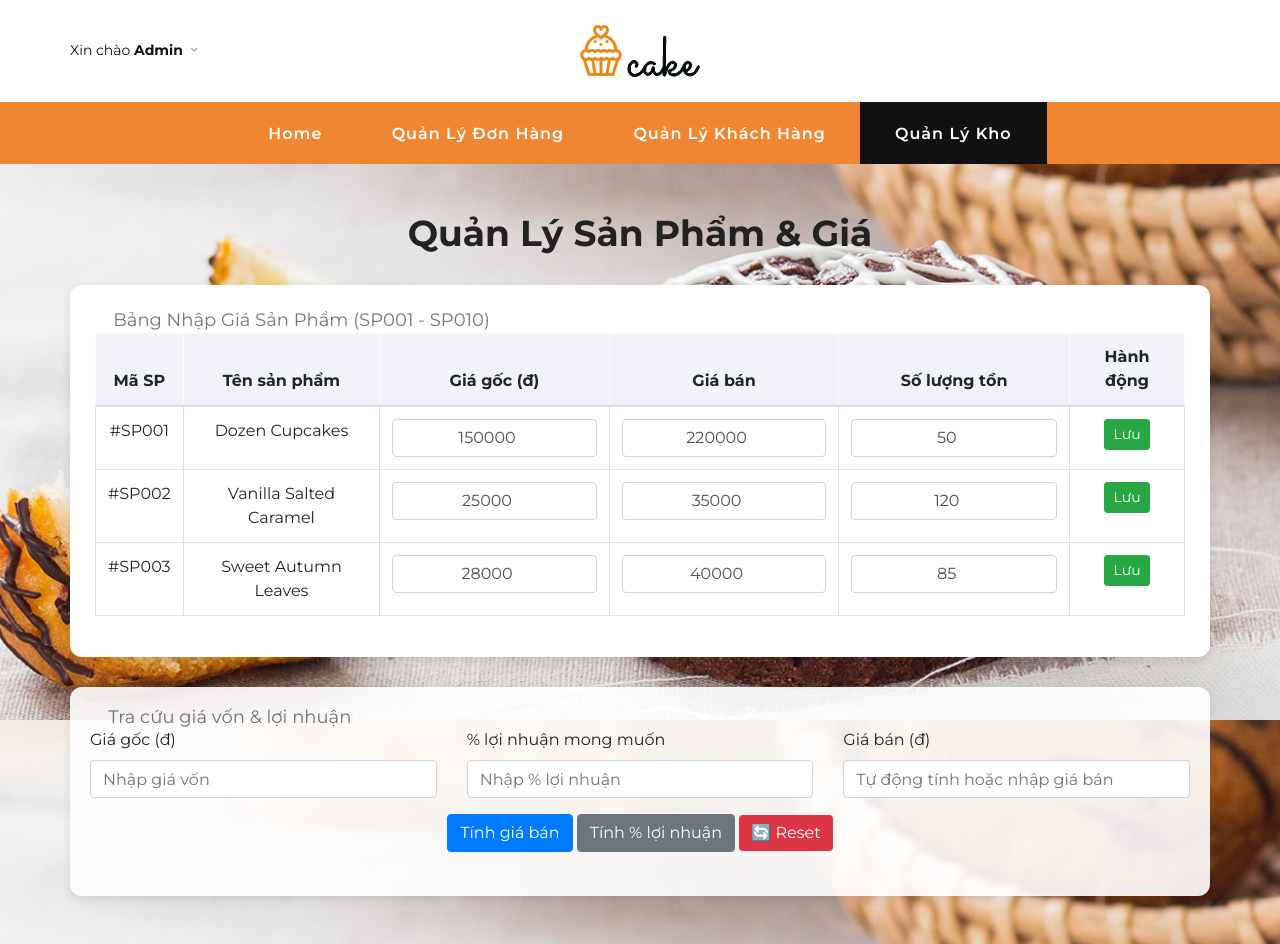
Repository: nhanto2n-byte/Nhom10ChieuThu3
Page: ProjectWeb/cake-main/admin_selling.html
An editor plug-in stored every save of this project. The page is shown before and after the next save, followed by the edit.
The browser window is 1280 px wide. The pictures show the whole page.
Backgrounds fixed to the window are drawn as part of the page.

Above is the page before, as saved 2025-11-04 09:14:22.

### ProjectWeb/cake-main/admin_selling.html
<!DOCTYPE html>
<html lang="vi">

<head>
  <meta charset="UTF-8">
  <meta name="viewport" content="width=device-width, initial-scale=1.0">
  <title>Quản lý Giá Bán</title>

  <!-- Google Fonts -->
  <link href="https://fonts.googleapis.com/css2?family=Playfair+Display:wght@400;500;600;700;800;900&display=swap" rel="stylesheet">
  <link href="https://fonts.googleapis.com/css2?family=Montserrat:wght@300;400;500;600;700;800;900&display=swap" rel="stylesheet">

  <!-- CSS -->
  <link rel="stylesheet" href="css/bootstrap.min.css" type="text/css">
  <link rel="stylesheet" href="css/flaticon.css" type="text/css">
  <link rel="stylesheet" href="css/barfiller.css" type="text/css">
  <link rel="stylesheet" href="css/magnific-popup.css" type="text/css">
  <link rel="stylesheet" href="css/font-awesome.min.css" type="text/css">
  <link rel="stylesheet" href="css/elegant-icons.css" type="text/css">
  <link rel="stylesheet" href="css/nice-select.css" type="text/css">
  <link rel="stylesheet" href="css/owl.carousel.min.css" type="text/css">
  <link rel="stylesheet" href="css/slicknav.min.css" type="text/css">
  <link rel="stylesheet" href="css/style.css" type="text/css">

  <style>
    body {
      background: url('img/hero/hero-1.jpg') no-repeat center center fixed;
      background-size: cover;
      font-family: 'Montserrat', sans-serif;
      color: #222;
    }

    h2 {
      font-weight: 700;
      margin-bottom: 30px;
      color: #222;
    }

    .card {
      border: none;
      border-radius: 12px;
      box-shadow: 0 3px 10px rgba(0, 0, 0, 0.1);
      margin-bottom: 20px;
      padding: 25px;
      background-color: rgba(255, 255, 255, 0.9);
    }

    .table th {
      background-color: #f1f3f9;
    }

    .btn-reset {
      background-color: #dc3545;
      color: white;
      border: none;
      transition: all 0.3s;
    }

    .btn-reset:hover {
      background-color: #b02a37;
    }

    .result-box {
      background-color: rgba(255, 255, 255, 0.9);
      border-radius: 12px;
      padding: 20px;
      margin-top: 30px;
      box-shadow: 0 3px 10px rgba(0, 0, 0, 0.1);
    }

    /* ✅ THÔNG BÁO LƯU THÀNH CÔNG */
    .save-alert {
      display: none;
      position: fixed;
      top: 20px;
      right: 20px;
      background-color: #28a745;
      color: white;
      padding: 12px 20px;
      border-radius: 8px;
      font-weight: 600;
      z-index: 9999;
      box-shadow: 0 4px 10px rgba(0, 0, 0, 0.3);
      animation: slideIn 0.4s ease forwards;
    }

    @keyframes slideIn {
      from {
        opacity: 0;
        transform: translateY(-20px);
      }

      to {
        opacity: 1;
        transform: translateY(0);
      }
    }
  </style>
</head>

<body>
  <!-- ✅ THÔNG BÁO -->
  <div id="saveAlert" class="save-alert">✅ Đã lưu thành công!</div>

  <!-- Header giữ nguyên như cũ -->
  <header class="header">
    <div class="header__top">
      <div class="container">
        <div class="row">
          <div class="col-lg-12">
            <div class="header__top__inner">
              <div class="header__top__left">
                <ul>
                  <li class="has-dropdown">
                    Xin chào <strong>Admin</strong>
                    <span class="arrow_carrot-down"></span>
                    <ul class="dropdown">
                      <li><a href="./admin_login.html">Log out</a></li>
                    </ul>
                  </li>
                </ul>
              </div>
              <div class="header__logo">
                <a href="#"><img src="img/logo.png" alt=""></a>
              </div>
            </div>
          </div>
        </div>
        <div class="canvas__open"><i class="fa fa-bars"></i></div>
      </div>
    </div>
    <div class="container">
      <div class="row">
        <div class="col-lg-12">
          <nav class="header__menu mobile-menu">
            <ul>
              <li><a href="./admin_home.html">Home</a></li>
              <li><a href="./admin_product.html">Quản Lý Đơn Hàng</a></li>
              <li><a href="./admin_member.html">Quản Lý Khách Hàng</a></li>
              <li class="active"><a href="#">Quản Lý Kho</a>
                <ul class="dropdown">
                  <li><a href="./admin_category.html">Quản Lý Danh Mục Sản Phẩm</a></li>
                  <li><a href="./admin_import.html">Quản Lý Nhập Sản Phẩm</a></li>
                  <li><a href="./admin_selling.html">Quản Lý Giá Bán</a></li>
                  <li><a href="./admin_quantity.html">Quản Lý Số Lượng Tồn</a></li>
                  <li><a href="./admin_type.html">Quản Lý Loại Sản Phẩm</a></li>
                </ul>
              </li>
            </ul>
          </nav>
        </div>
      </div>
    </div>
  </header>

  <div class="container py-5">
    <h2 class="text-center">Quản Lý Sản Phẩm & Giá</h2>

    <div class="card bg-white">
      <h5><i class="fa-solid fa-tags"></i> Bảng Nhập Giá Sản Phẩm (SP001 - SP010)</h5>
      <div class="table-responsive">
        <table class="table table-bordered text-center align-middle">
          <thead class="table-light">
            <tr>
              <th>Mã SP</th>
              <th>Tên sản phẩm</th>
              <th>Giá gốc (đ)</th>
              <th>Giá bán</th>
              <th>Số lượng tồn</th>
              <th>Hành động</th>
            </tr>
          </thead>
          <tbody>
            <tr>
              <td>#SP001</td>
              <td>Dozen Cupcakes</td>
              <td><input type="number" class="form-control text-center" value="150000"></td>
              <td><input type="number" class="form-control text-center" value="220000"></td>
              <td><input type="number" class="form-control text-center" value="50"></td>
              <td><a href="#" class="btn btn-success btn-sm" onclick="showSaveAlert()">Lưu</a></td>
            </tr>
            <tr>
              <td>#SP002</td>
              <td>Vanilla Salted Caramel</td>
              <td><input type="number" class="form-control text-center" value="25000"></td>
              <td><input type="number" class="form-control text-center" value="35000"></td>
              <td><input type="number" class="form-control text-center" value="120"></td>
              <td><a href="#" class="btn btn-success btn-sm" onclick="showSaveAlert()">Lưu</a></td>
            </tr>
            <tr>
              <td>#SP003</td>
              <td>Sweet Autumn Leaves</td>
              <td><input type="number" class="form-control text-center" value="28000"></td>
              <td><input type="number" class="form-control text-center" value="40000"></td>
              <td><input type="number" class="form-control text-center" value="85"></td>
              <td><a href="#" class="btn btn-success btn-sm" onclick="showSaveAlert()">Lưu</a></td>
            </tr>
          </tbody>
        </table>
      </div>
    </div>

    <!-- TRA CỨU GIÁ VỐN - LỢI NHUẬN -->
    <div class="result-box">
      <h5><i class="fa-solid fa-calculator"></i> Tra cứu giá vốn & lợi nhuận</h5>
      <form id="profitForm" class="row g-3">
        <div class="col-md-4">
          <label class="form-label">Giá gốc (đ)</label>
          <input type="number" class="form-control" id="costPrice" placeholder="Nhập giá vốn">
        </div>
        <div class="col-md-4">
          <label class="form-label">% lợi nhuận mong muốn</label>
          <input type="number" class="form-control" id="profitPercent" placeholder="Nhập % lợi nhuận">
        </div>
        <div class="col-md-4">
          <label class="form-label">Giá bán (đ)</label>
          <input type="number" class="form-control" id="salePrice" placeholder="Tự động tính hoặc nhập giá bán">
        </div>
        <div class="col-12 text-center mt-3">
          <button type="button" class="btn btn-primary" onclick="calculateSalePrice()">Tính giá bán</button>
          <button type="button" class="btn btn-secondary" onclick="calculateProfitPercent()">Tính % lợi nhuận</button>
          <button type="button" class="btn btn-reset" onclick="resetForm()">🔄 Reset</button>
        </div>
      </form>
      <div id="result" class="mt-4 text-center fs-5 fw-bold text-success"></div>
    </div>
  </div>

  <!-- JS -->
  <script src="js/jquery-3.3.1.min.js"></script>
  <script src="js/bootstrap.min.js"></script>
  <script src="js/jquery.nice-select.min.js"></script>
  <script src="js/jquery.barfiller.js"></script>
  <script src="js/jquery.magnific-popup.min.js"></script>
  <script src="js/jquery.slicknav.js"></script>
  <script src="js/owl.carousel.min.js"></script>
  <script src="js/jquery.nicescroll.min.js"></script>
  <script src="js/main.js"></script>

  <script>
    // 🧮 TÍNH GIÁ BÁN DỰA TRÊN GIÁ VỐN VÀ % LỢI NHUẬN
    function calculateSalePrice() {
      let cost = parseFloat(document.getElementById('costPrice').value);
      let percent = parseFloat(document.getElementById('profitPercent').value);

      if (isNaN(cost)) cost = 100000;
      if (isNaN(percent)) percent = 20;

      const sale = cost * (1 + percent / 100);
      document.getElementById('salePrice').value = sale.toFixed(0);
      document.getElementById('result').innerHTML =
        `💰 Giá bán đề xuất: <strong>${sale.toLocaleString()} đ</strong><br>(Từ giá vốn ${cost.toLocaleString()} đ, lợi nhuận ${percent}%)`;
    }

    // 📊 TÍNH % LỢI NHUẬN DỰA TRÊN GIÁ VỐN VÀ GIÁ BÁN
    function calculateProfitPercent() {
      let cost = parseFloat(document.getElementById('costPrice').value);
      let sale = parseFloat(document.getElementById('salePrice').value);

      if (isNaN(cost)) cost = 100000;
      if (isNaN(sale)) sale = 120000;

      const percent = ((sale - cost) / cost) * 100;
      document.getElementById('profitPercent').value = percent.toFixed(2);
      document.getElementById('result').innerHTML =
        `📈 Lợi nhuận: <strong>${percent.toFixed(2)}%</strong><br>(Từ giá vốn ${cost.toLocaleString()} đ, giá bán ${sale.toLocaleString()} đ)`;
    }

    // 🔄 RESET FORM
    function resetForm() {
      document.getElementById('profitForm').reset();
      document.getElementById('result').innerHTML = "";
    }

    // ✅ HIỆU ỨNG LƯU THÀNH CÔNG
    function showSaveAlert() {
      const alertBox = document.getElementById('saveAlert');
      alertBox.style.display = 'block';
      setTimeout(() => {
        alertBox.style.display = 'none';
      }, 2000);
    }
  </script>

</body>
</html>

### ProjectWeb/cake-main/css/barfiller.css
.barfiller {
    width:100%;
    height:12px;
    background:#fcfcfc;
    border:1px solid #ccc;
    position:relative;
    margin-bottom:20px;
    box-shadow: inset 1px 4px 9px -6px rgba(0,0,0,.5);
    -moz-box-shadow: inset 1px 4px 9px -6px rgba(0,0,0,.5);
}

.barfiller .fill {
    display:block;
    position:relative;
    width:0px;
    height:100%;
    background:#333;
    z-index:1;
}

.barfiller .tipWrap {
    display:none;
}

.barfiller .tip {
    margin-top:-30px;
    padding:2px 4px;
    font-size:11px;
    color:#fff;
    left:0px;
    position:absolute;
    z-index:2;
    background: #333;
}

.barfiller .tip:after {
    border:solid;
    border-color:rgba(0,0,0,.8) transparent;
    border-width:6px 6px 0 6px;
    content:"";
    display:block;
    position:absolute;
    left:9px;
    top:100%;
    z-index:9
}

Loaded but not shown: ProjectWeb/cake-main/css/bootstrap.min.css (library); ProjectWeb/cake-main/css/flaticon.css (common file); ProjectWeb/cake-main/css/magnific-popup.css (library); ProjectWeb/cake-main/css/font-awesome.min.css (library); ProjectWeb/cake-main/css/nice-select.css (common file); ProjectWeb/cake-main/css/owl.carousel.min.css (library); ProjectWeb/cake-main/css/slicknav.min.css (common file); ProjectWeb/cake-main/js/jquery-3.3.1.min.js (library); ProjectWeb/cake-main/js/bootstrap.min.js (library); ProjectWeb/cake-main/js/jquery.nice-select.min.js (common file); ProjectWeb/cake-main/js/jquery.barfiller.js (library); ProjectWeb/cake-main/js/jquery.magnific-popup.min.js (library); ProjectWeb/cake-main/js/jquery.slicknav.js (library); ProjectWeb/cake-main/js/owl.carousel.min.js (library); ProjectWeb/cake-main/js/jquery.nicescroll.min.js (library); ProjectWeb/cake-main/js/main.js (235 lines, source omitted); ProjectWeb/cake-main/css/style.css (4080 lines, source omitted); ProjectWeb/cake-main/css/elegant-icons.css (1157 lines, source omitted)

After the next save:
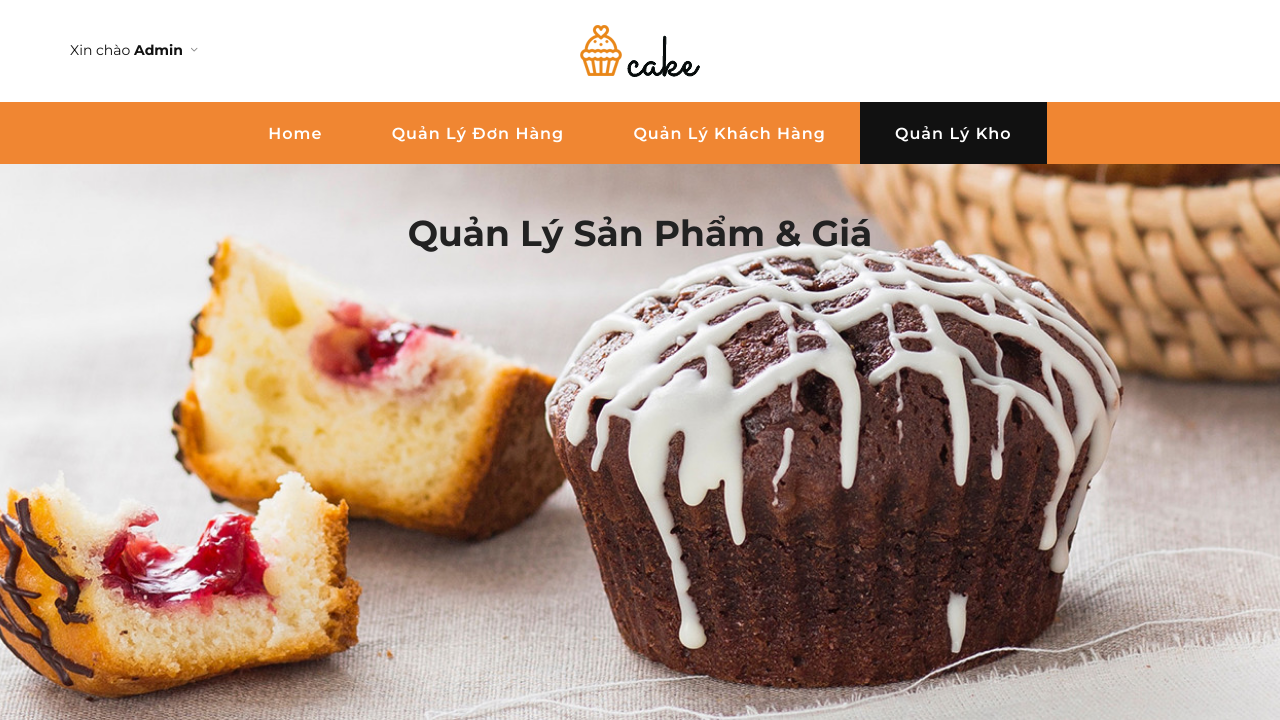
Saved 37 s later.
--- a/ProjectWeb/cake-main/admin_selling.html
+++ b/ProjectWeb/cake-main/admin_selling.html
@@ -156,75 +156,6 @@
   <div class="container py-5">
     <h2 class="text-center">Quản Lý Sản Phẩm & Giá</h2>
 
-    <div class="card bg-white">
-      <h5><i class="fa-solid fa-tags"></i> Bảng Nhập Giá Sản Phẩm (SP001 - SP010)</h5>
-      <div class="table-responsive">
-        <table class="table table-bordered text-center align-middle">
-          <thead class="table-light">
-            <tr>
-              <th>Mã SP</th>
-              <th>Tên sản phẩm</th>
-              <th>Giá gốc (đ)</th>
-              <th>Giá bán</th>
-              <th>Số lượng tồn</th>
-              <th>Hành động</th>
-            </tr>
-          </thead>
-          <tbody>
-            <tr>
-              <td>#SP001</td>
-              <td>Dozen Cupcakes</td>
-              <td><input type="number" class="form-control text-center" value="150000"></td>
-              <td><input type="number" class="form-control text-center" value="220000"></td>
-              <td><input type="number" class="form-control text-center" value="50"></td>
-              <td><a href="#" class="btn btn-success btn-sm" onclick="showSaveAlert()">Lưu</a></td>
-            </tr>
-            <tr>
-              <td>#SP002</td>
-              <td>Vanilla Salted Caramel</td>
-              <td><input type="number" class="form-control text-center" value="25000"></td>
-              <td><input type="number" class="form-control text-center" value="35000"></td>
-              <td><input type="number" class="form-control text-center" value="120"></td>
-              <td><a href="#" class="btn btn-success btn-sm" onclick="showSaveAlert()">Lưu</a></td>
-            </tr>
-            <tr>
-              <td>#SP003</td>
-              <td>Sweet Autumn Leaves</td>
-              <td><input type="number" class="form-control text-center" value="28000"></td>
-              <td><input type="number" class="form-control text-center" value="40000"></td>
-              <td><input type="number" class="form-control text-center" value="85"></td>
-              <td><a href="#" class="btn btn-success btn-sm" onclick="showSaveAlert()">Lưu</a></td>
-            </tr>
-          </tbody>
-        </table>
-      </div>
-    </div>
-
-    <!-- TRA CỨU GIÁ VỐN - LỢI NHUẬN -->
-    <div class="result-box">
-      <h5><i class="fa-solid fa-calculator"></i> Tra cứu giá vốn & lợi nhuận</h5>
-      <form id="profitForm" class="row g-3">
-        <div class="col-md-4">
-          <label class="form-label">Giá gốc (đ)</label>
-          <input type="number" class="form-control" id="costPrice" placeholder="Nhập giá vốn">
-        </div>
-        <div class="col-md-4">
-          <label class="form-label">% lợi nhuận mong muốn</label>
-          <input type="number" class="form-control" id="profitPercent" placeholder="Nhập % lợi nhuận">
-        </div>
-        <div class="col-md-4">
-          <label class="form-label">Giá bán (đ)</label>
-          <input type="number" class="form-control" id="salePrice" placeholder="Tự động tính hoặc nhập giá bán">
-        </div>
-        <div class="col-12 text-center mt-3">
-          <button type="button" class="btn btn-primary" onclick="calculateSalePrice()">Tính giá bán</button>
-          <button type="button" class="btn btn-secondary" onclick="calculateProfitPercent()">Tính % lợi nhuận</button>
-          <button type="button" class="btn btn-reset" onclick="resetForm()">🔄 Reset</button>
-        </div>
-      </form>
-      <div id="result" class="mt-4 text-center fs-5 fw-bold text-success"></div>
-    </div>
-  </div>
 
   <!-- JS -->
   <script src="js/jquery-3.3.1.min.js"></script>
